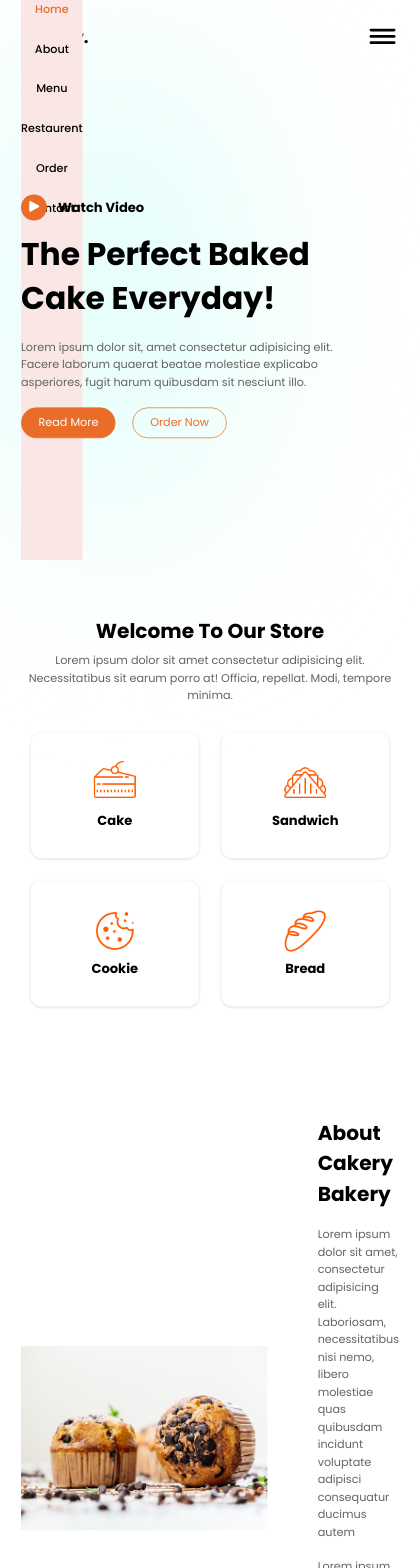
Repository: kingamirhosein100000-maker/cake.shop
Page: index.html
These files come from the project's save history. The page is drawn as it stood at one moment and after the next save; the edit follows.
The browser window is 600 px wide. The pictures show the part of the page from y = 0 to 2240 px (the page is 5901 px tall), at 70% of full size.
Some web libraries are served in a nearby version.

Above is the page before, as saved 2026-01-29 19:34:36.

After the next save:
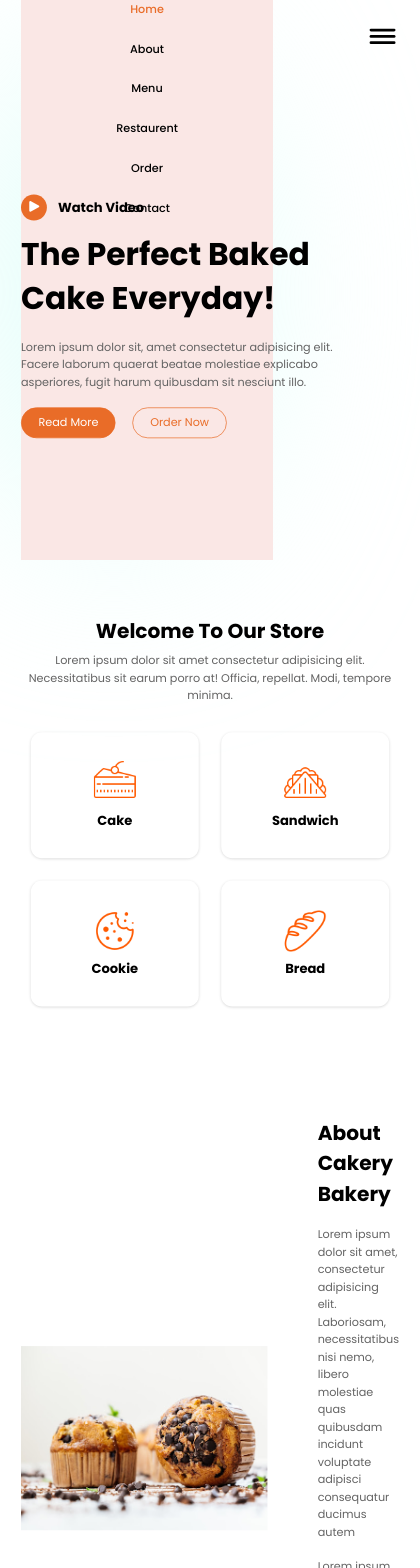
Saved 16 s later.
--- a/style.css
+++ b/style.css
@@ -430,6 +430,6 @@
                             flex-direction: column;
                             background: var(--dawn-pink);
                             height: 100vh;
-
-                        }
-                    }
+                            width: 60%;
+                        }
+                    }
